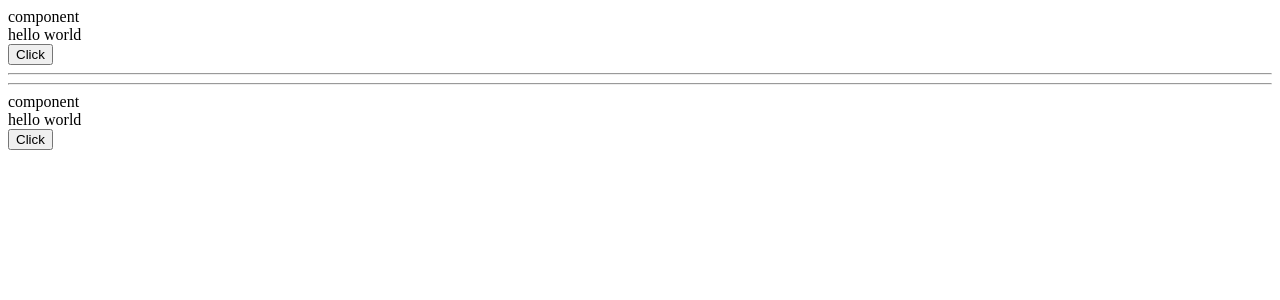
Repository: RyuGeunHwan/code_J
Page: Vuejs/22-08-10 vuejs Vue컴포넌트.html
An editor plug-in stored every save of this project. The page is shown before and after the next save, followed by the edit.
The browser window is 1280 px wide. The pictures show the whole page.

Above is the page before, as saved 2022-08-10 14:26:35.

After the next save:
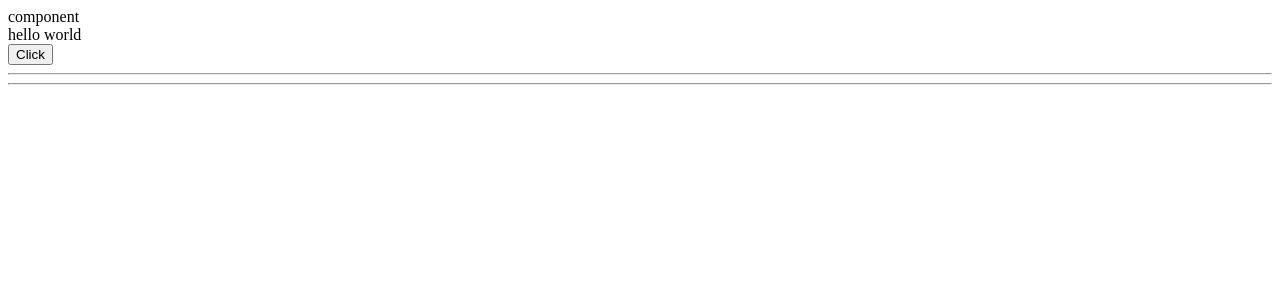
Saved 101 s later.
--- a/Vuejs/22-08-10 vuejs Vue컴포넌트.html
+++ b/Vuejs/22-08-10 vuejs Vue컴포넌트.html
@@ -20,8 +20,8 @@
 
     <div id="app-1">
        <!-- {{name}} <br>
-        <button @click="changeText">Click</button>  -->
-        <kossie-button></kossie-button>
+        <button @click="changeText">Click</button>
+        <kossie-button></kossie-button> -->
     </div>
 
 
@@ -99,9 +99,9 @@
 
        const app1 = new Vue({
             el: '#app-1',
-            components: {
-                'kossie-button' : KossieButton
-            }
+            // components: {
+            //     'kossie-button' : KossieButton
+            // }
     //         // data:{
     //         //   name: 'app-1'
     //         // },
